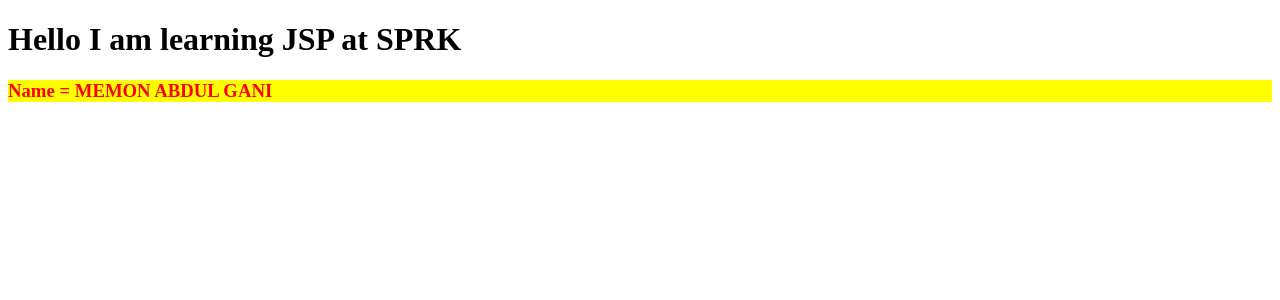
Repository: Gani25/adv_java_b2
Page: http://localhost/jsp_demo/demo.jsp
These files come from the project's save history. The page is drawn as it stood at one moment and after the next save; the edit follows.
The browser window is 1280 px wide. The pictures show the whole page.
The page is served by Tomcat 9. Other server files are loaded and not shown.

Above is the page before, as saved 2025-08-21 10:58:49.

### jsp_demo/src/main/webapp/demo.jsp
<%@page import="java.util.Date"%>
<%@ page language="java" contentType="text/html; charset=UTF-8"
    pageEncoding="UTF-8"%>
<!DOCTYPE html>
<html>
<head>
<meta charset="UTF-8">
<title>Demo JSP Page</title>
</head>
<body>
<h1 >Hello I am learning JSP at SPRK</h1>

<%
	String name = "Memon Abdul Gani";

	String nameUpper = name.toUpperCase();

	// implicit objects
	out.print("<h3 style=\"color:red; background-color:yellow;\">Name = "+nameUpper+"</h3>");

%>

</body>
</html>

After the next save:
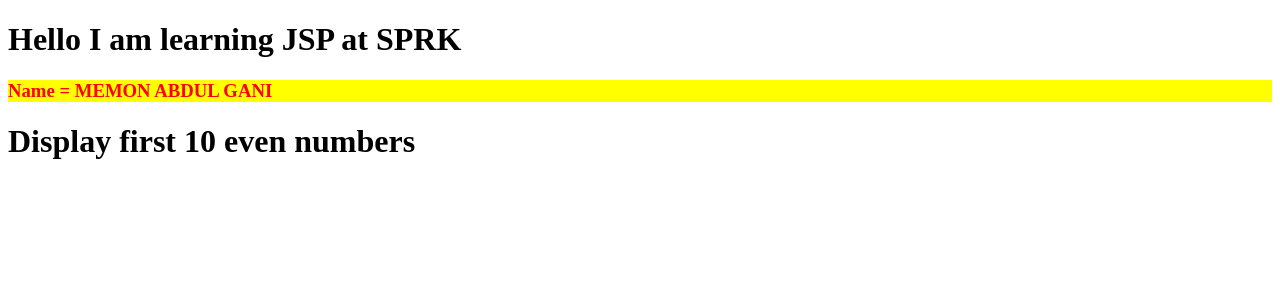
Saved 8 min 50 s later.
--- a/jsp_demo/src/main/webapp/demo.jsp
+++ b/jsp_demo/src/main/webapp/demo.jsp
@@ -20,5 +20,24 @@
 
 %>
 
+<h1>Display first 10 even numbers</h1>
+<%
+
+%>
+
+<%!
+StringBuilder displayEvenOrOdd(int number, String choice){
+	choice = choice.trim().toLowerCase();
+	StringBuilder sb = new StringBuilder();
+	if(choice.equalsIgnoreCase("even")|| choice.contains("even")){
+		for(int i = 2; i<= number*2;i++)
+		{
+
+		}
+	}
+
+	return sb;
+}
+%>
 </body>
 </html>
